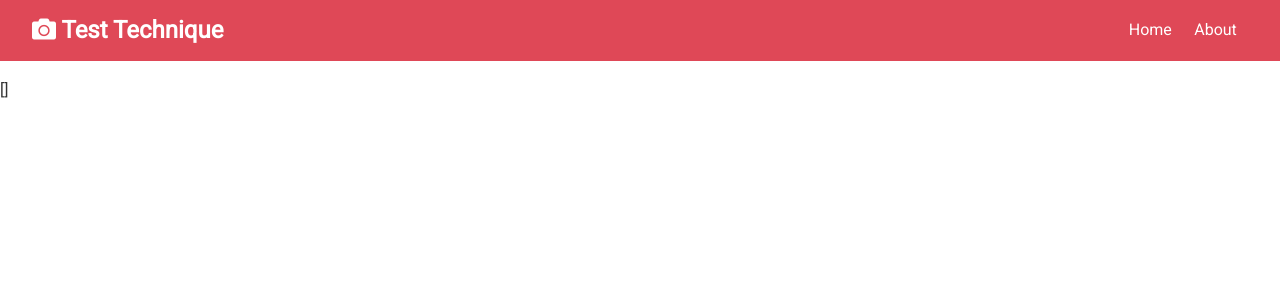
Repository: bafode/test-technique
Page: /
The author's editor kept a copy of each file at every save. The page is drawn from the files as they stood at one save, then again after the next save.
The browser window is 1280 px wide. The pictures show the whole page.
The page's requests for data from a server got no answer. Some web libraries are served in a nearby version. The project was rebuilt for these pictures with package versions that can differ from the ones it lists, and the page was loaded fresh each time. No one was signed in, and anything a server would have sent is missing. Also part of the build but not shown: src/components/pictures/PictureItem.js.

Above is the page before, as saved 2023-06-17 04:22:47.

### public/index.html
<!DOCTYPE html>
<html lang="en">
  <head>
    <meta charset="utf-8" />
    <link rel="shortcut icon" href="%PUBLIC_URL%/favicon.ico" />
    <meta name="viewport" content="width=device-width, initial-scale=1" />
    <meta name="theme-color" content="#000000" />
    <link rel="manifest" href="%PUBLIC_URL%/manifest.json" />
    <link
      rel="stylesheet"
      href="https://use.fontawesome.com/releases/v5.8.2/css/all.css"
      integrity="sha384-oS3vJWv+0UjzBfQzYUhtDYW+Pj2yciDJxpsK1OYPAYjqT085Qq/1cq5FLXAZQ7Ay"
      crossorigin="anonymous"
    />

    <title>Test Tecchnique</title>
  </head>
  <body>
    <noscript>You need to enable JavaScript to run this app.</noscript>
    <div id="root"></div>
  </body>
</html>

### src/App.js
import React,{useState,useEffect} from 'react';
import { Router, Routes, Route } from 'react-router-dom'
import axios from 'axios';
import './App.css';
import Navbar from './components/layout/Navbar'

const App = () => {
  const [pictures, setPictures] = useState([])
  const [loading, setLoading] = useState(false)
  const [picture, setPicture] = useState({})
  const [alert, setAlert] = useState([])

  const getPictures =async() => {
    setLoading(true)
    const res = await axios.get(`https://pixabay.com/api/?key=17555297-46a99d3dc7abf78679ec9e640`)
    setPictures(res.data.hits)
    setLoading(false)
  }

  const clearPictures =async text => {
    setPictures([])
    setLoading(false)
  }

  useEffect(() => {
    getPictures()
  },[])

  return (
    <div className="App">
      <Navbar />
      {JSON.stringify(pictures)}
    </div>
  );
}

export default App;

### src/components/layout/Navbar.js
import React from 'react'
import PropTypes from 'prop-types'
//import{Link} from 'react-router-dom'

const Navbar=({icon,title})=> {
    return (
        <nav className='navbar bg-primary'>
            <h1>
                <i className={icon}></i> {title}
            </h1>
            <ul>
                <li>
                    <a href='/'>Home</a>
                </li>
                <li>
                    <a href='/about'>About</a>
                </li>
            </ul>
      </nav>
    )

}

Navbar.defaultProps = {
    title: 'Test Technique',
    icon:'fa fa-camera'
}

Navbar.propTypes = {
    title: PropTypes.string.isRequired,
    icon:PropTypes.string.isRequired
}

export default Navbar

### src/components/pictures/Pictures.js
import React from 'react'
import PictureItem from './PictureItem'
import PropTypes from 'prop-types'
import Spinner from '../layout/Spinner'
const  Pictures=({pictures,loading})=>{

    if (loading) {
        return <Spinner/>
    } else {
        return (
            <div style={pictureStyle}>
                {pictures.map((picture) => (
                    <PictureItem key={picture.id} picture={picture}/>
                ))}
          </div>
        )
    }

  }


const pictureStyle = {
    display: 'grid',
    gridTemplateColumns: 'repeat(3,1fr)',
    gridGap:'1rem'
}
Pictures.propTypes = {
    loading: PropTypes.bool.isRequired,
    pictures:PropTypes.array.isRequired,
}
export default Pictures

### src/components/layout/Spinner.js
import React, { Fragment } from 'react'
import spinner from './spinner.gif'

const Spinner = () => {
  return (
    <Fragment>
          <img src={spinner} alt='Loading...' style={{width:'200px',margin:'auto',display:'block'}}/>
    </Fragment>
  )
}

export default Spinner

Loaded but not shown: src/index.js (common file); src/App.css (common file)

After the next save:
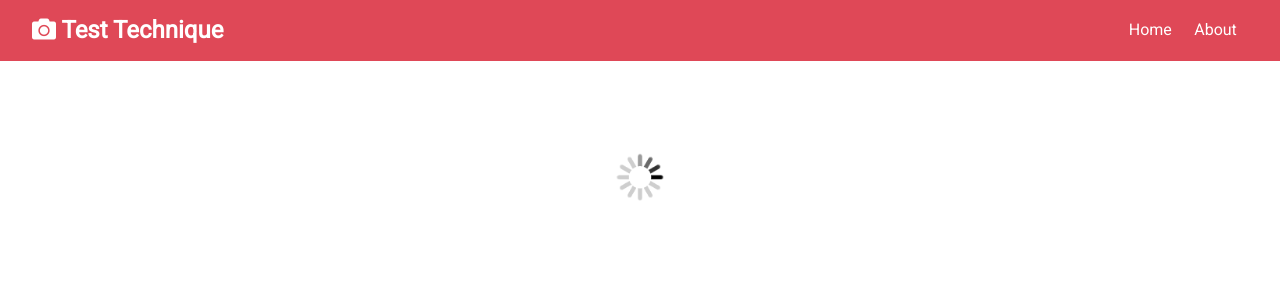
Saved 2 min 23 s later.
--- a/src/App.js
+++ b/src/App.js
@@ -3,6 +3,7 @@
 import axios from 'axios';
 import './App.css';
 import Navbar from './components/layout/Navbar'
+import Pictures from './components/pictures/Pictures'
 
 const App = () => {
   const [pictures, setPictures] = useState([])
@@ -29,7 +30,9 @@
   return (
     <div className="App">
       <Navbar />
-      {JSON.stringify(pictures)}
+      <div className="container">
+        <Pictures pictures={pictures} loading={loading} />
+      </div>
     </div>
   );
 }
